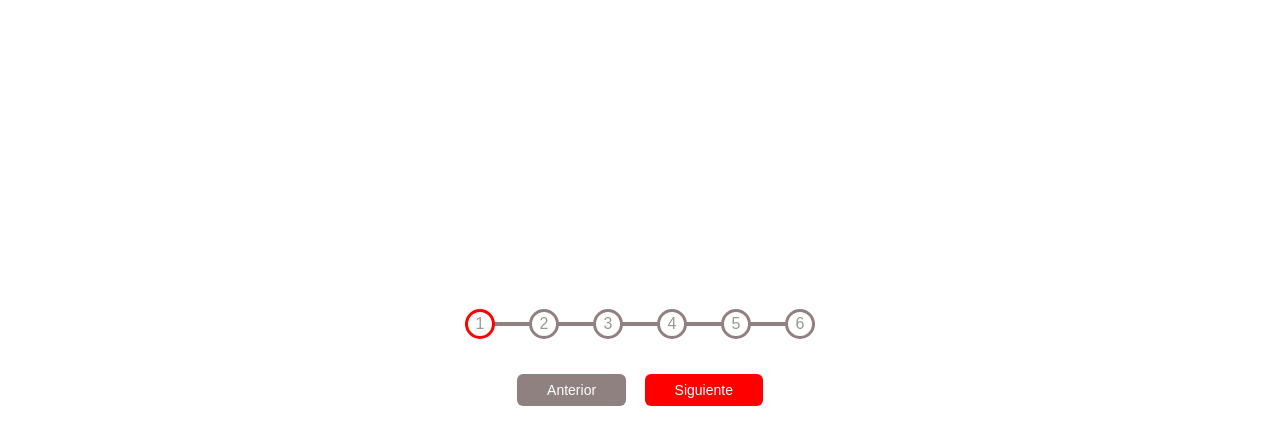
Repository: ElideZavala/Linea-de-tiempo
Page: index.html
An editor plug-in stored every save of this project. The page is shown before and after the next save, followed by the edit.
The browser window is 1280 px wide. The pictures show the whole page.
Some web fonts or font styles are not loaded; a fallback is used.

Above is the page before, as saved 2021-05-28 08:56:00.

After the next save:
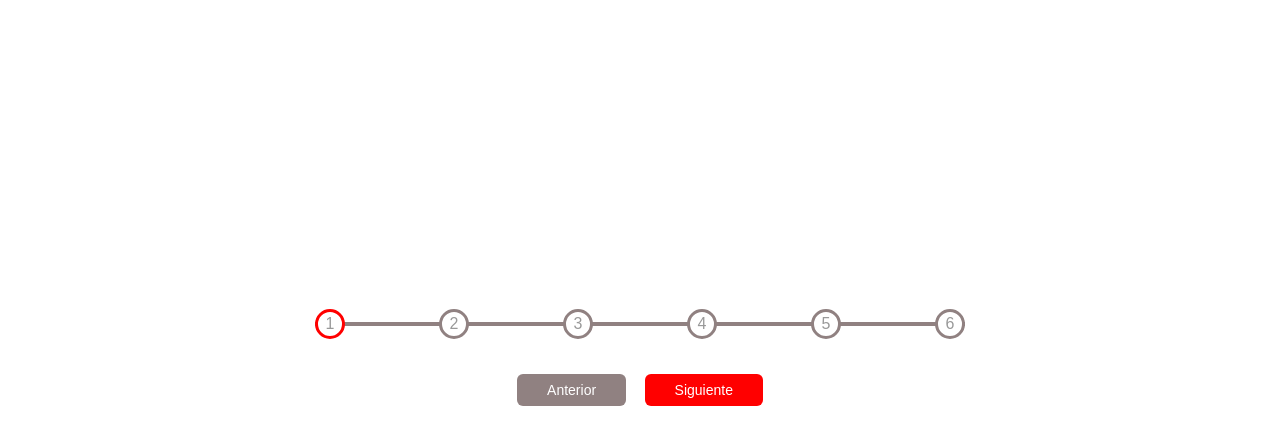
Saved 12 s later.
--- a/style.css
+++ b/style.css
@@ -32,7 +32,7 @@ body {
 	position: relative;
 	margin-bottom: 30px;
 	max-width: 100%;
-	width: 350px;
+	width: 650px;
 }
 
 .progress-container::before {
